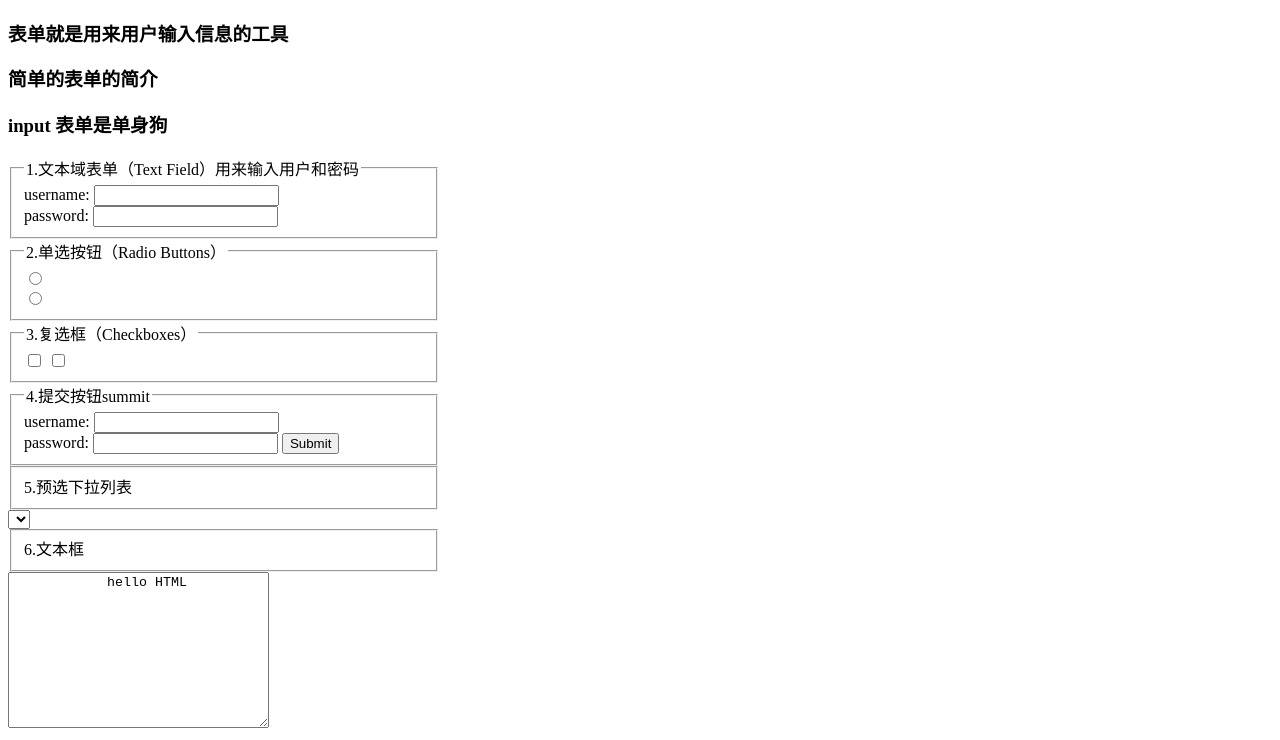
Repository: jarvanstack/vscode
Page: HTML/HTML中From表单.html
These files come from the project's save history. The page is drawn as it stood at one moment and after the next save; the edit follows.
The browser window is 1280 px wide. The pictures show the whole page.

Above is the page before, as saved 2020-06-11 10:03:02.

### HTML/HTML中From表单.html
<!DOCTYPE html>
<html lang="en">

<head>
    <meta charset="UTF-8">
    <meta name="viewport" content="width=device-width, initial-scale=1.0">
    <title>HTML中From表单</title>
    <style>
        fieldset
        {
            width: 400px;
        }
    </style>
</head>
<body>
    <h3>表单就是用来用户输入信息的工具</h3>
    <h3>简单的表单的简介</h3>
    <h3>input 表单是单身狗</h3>
    <form action="post">
        <fieldset>
            <legend>1.文本域表单（Text Field）用来输入用户和密码</legend>
            <span>
                username: <input type="text" name="username">
            </span>
            <br>
            <span>
                password: <input type="password" name="password">
            </span>
        </fieldset>
    </form>
    <form action="post">
        <fieldset>
            <legend>2.单选按钮（Radio Buttons）</legend>
            <span>
                <input type="radio" name="sex" value="男">
            </span>
            <br>
            <span>
                <input type="radio" name="sex" value="女">
            </span>
        </fieldset>
    </form>
    <form action="post">
        <fieldset>
            <legend>3.复选框（Checkboxes）</legend>
            <span>
                <input type="checkbox" name="like_things" value="apple" >
            </span>
            <span>
                <input type="checkbox" name="like_things" value="banana">
            </span>
        </fieldset>
    </form>
    <form action="post">
        <fieldset>
            <legend>4.提交按钮summit</legend>
            <span>
                username: <input type="text" name="username">
            </span>
            <br>
            <span>
                password: <input type="password" name="password">
            </span>
            <span>
                <input type="submit" name="submit">
            </span>
        </fieldset>
    </form>
    <form action="post">
        <fieldset>5.预选下拉列表</fieldset>
        <select name="cars" id="">
            <option value="小车"></option>
            <option value="汽车"></option>
            <option value="公交车"></option>
        </select>
    </form>
    <form action="post">
        <fieldset>6.文本框</fieldset>
        <textarea name="diary" id="" cols="30" rows="10" >
            hello HTML
        </textarea>
    </form>
</body>

</html>

After the next save:
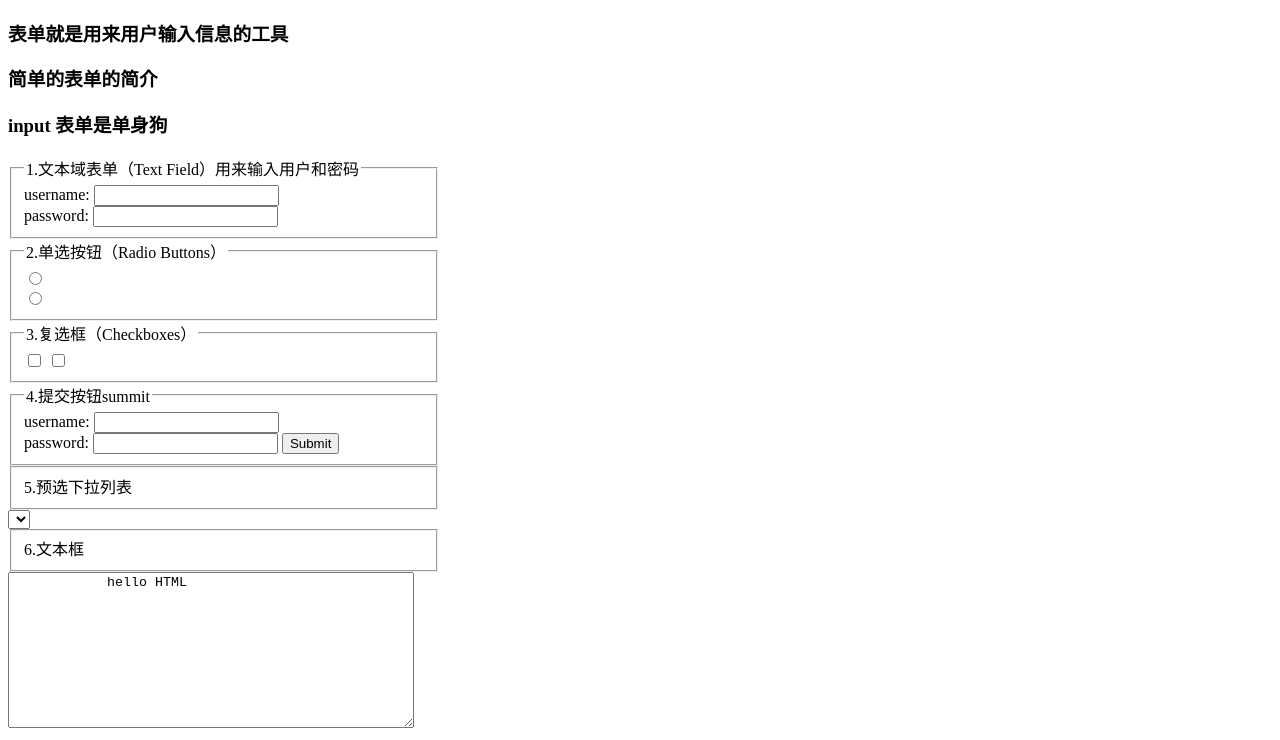
Saved 31 s later.
--- a/HTML/HTML中From表单.html
+++ b/HTML/HTML中From表单.html
@@ -76,7 +76,7 @@
     </form>
     <form action="post">
         <fieldset>6.文本框</fieldset>
-        <textarea name="diary" id="" cols="30" rows="10" >
+        <textarea name="diary" id="" cols="30" rows="10" style="width: 400px;" >
             hello HTML
         </textarea>
     </form>
